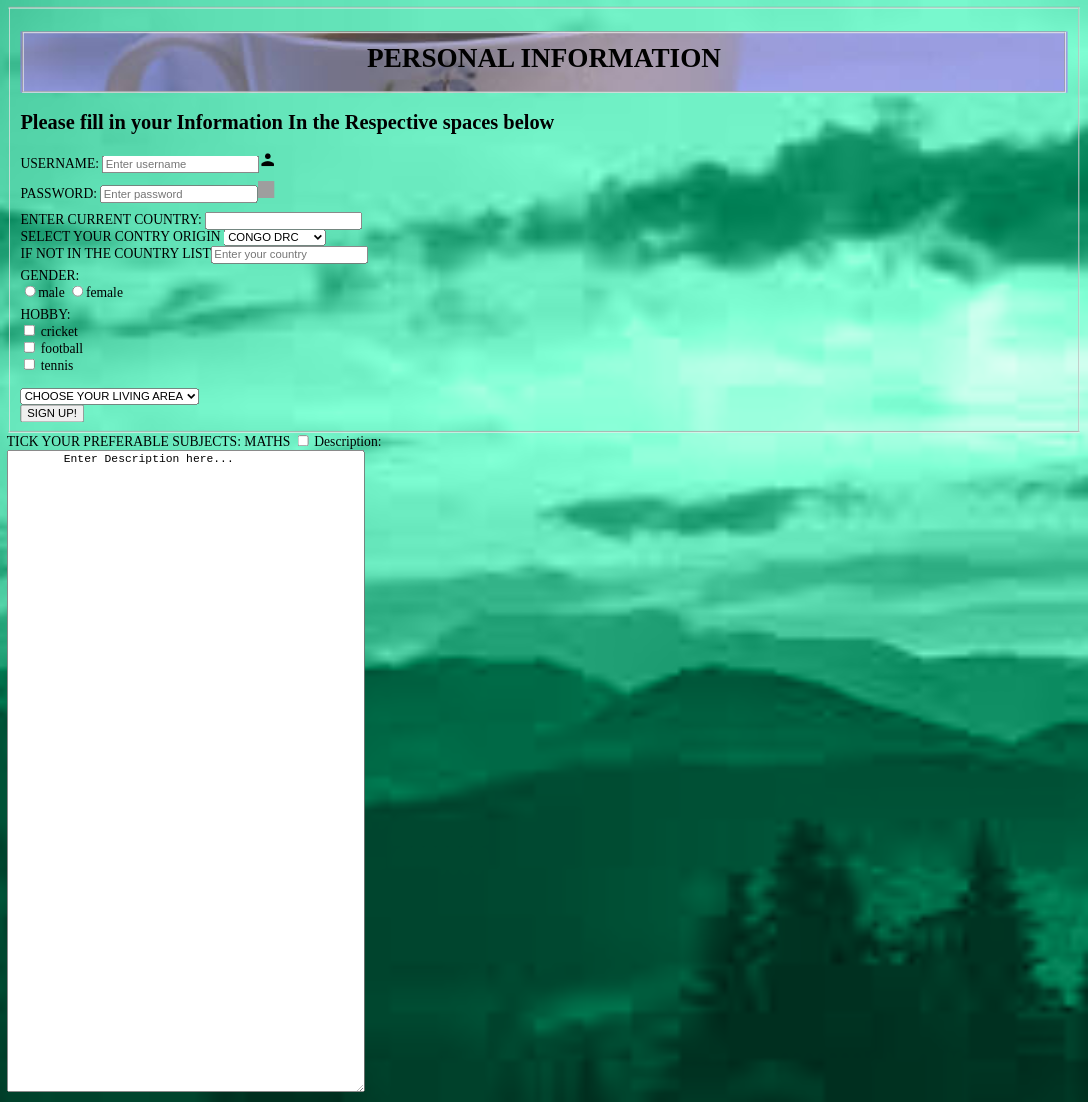
Repository: mirambialex/myform
Page: website/INDEX.HTML
An editor plug-in stored every save of this project. The page is shown before and after a run of saves, followed by the edit.
The browser window is 1280 px wide. The pictures show the whole page, at 85% of full size.
Pictures or frames that could not be fetched are drawn as grey boxes.

Above is the page before, as saved 2024-04-17 11:26:50.

### website/INDEX.HTML
<!DOCTYPE html>
<html lang="en">
<head>

    <title>WEBPAGE DESIGN</title>
    <LINK REL="STYLESHEET" HREF="STYLE.CSS">
</head>
<body>
   <FOrm> <FIEldset>
            <DIV class="AI">
                <h1><FIEldset>PERSONAL INFORMATION </FIEldset></h1>
</DIV>
<DIV CLASS="BI"> <H2>
    Please fill in your Information In the Respective spaces below
</H2>
</DIV>
<div class="gb">
 <DIV class="MAIN">USERNAME: <INPUT TYPE="TEXT" placeholder="Enter username"><img width="20" height="20" src="user.jpg"<br/>

 </DIV>
 <DIV class="A"> PASSWORD: <INPUT TYPE="PASSWORD" placeholder="Enter password"><img width="20" height="20" src="https://img.icons8.com/ios-filled/50/lock.png" alt="lock"/> <br/></DIV>
    <DIV class="AB">
        ENTER CURRENT COUNTRY: <INPUT type="text"></INPUT>
    </DIV>
    <DIV CLASS="B">
        SELECT YOUR CONTRY ORIGIN <SELect>
            <OPTIon>CONGO DRC</OPTIon>
            <OPTIon>KENYA</OPTIon>
            <OPTIon>SUDAN</OPTIon>
            <OPTIon>SOUTH SUDAN</OPTIon>
            <OPTIon>RWANDA</OPTIon>
            <OPTIon>BURUNDI</OPTIon>
            <OPTIon>UGANDA</OPTIon>
            <OPTIon>TANZANIA</OPTIon>
            <OPTIon>SOMALIA</OPTIon>

        </SELect> <br/>
    </DIV>
    <div class="wcb">
    IF NOT IN THE COUNTRY LIST<INPUt type="TEXT" placeholder="Enter your country"</INPUt>
    </div>
<div class="d">
<LAbe for="GENDER">GENDER: </LAbel><BR/>
<INPUT type="radio" ID="GENDER" name="GENDER" VALUE="male"/>male
<INPUT type="radio" ID="GENDER" name="GENDER" VALUE="female"/>female <br/>
</div>
<div class="e">
HOBBY:<br>
<input type="checkbox" id="cricket" name="cricket" value="cricket"/>
<label for="cricket">cricket</label> <br>
<input type="checkbox" id="football" name="football" value="football"/>
<label for="football">football</label> <br>
<input type="checkbox" id="tennis" name="tennis" value="tennis"/>
<label for="tennis">tennis</label> <br>
<br/> </div>
<div class="address">
    <select name="address">
        <option value="one">CHOOSE YOUR LIVING AREA</option>
        <option>kakuma town</option>
        <option>kakuma 1</option>
        <option>kakuma 2</option>
        <option>kakuma 3</option>
        <option>kakuma 4</option>
        <option>kalobeyeyi</option>
    </select>
</div>
<DIV class="C"><BUTTon>SIGN UP!</BUTTon></DIV>
</FIEldset>
</div>
</div>
</DIV>
</FORM>
<FORM>
    TICK YOUR PREFERABLE SUBJECTS:
    MATHS <input TYPE="checkbox" NAME="MATHS" VALUE="ON">
    Description: <br/>
    <textarea name="Description" cols="50" rows="50">
        Enter Description here...
    </textarea>
</FORM>
 </body>
</html>

### website/STYLE.CSS
BODY{
    background-image: url(IMAGE.JPG);
    background-color: aquamarine;
    background-position: center;
    background-size: cover;
    background-repeat: no-repeat;
    background-blend-mode: luminosity;
}
H1{
    text-align: center;
}
.O{
    background-color: aliceblue;
    background-image: url(ALEX.PNG.JPG);
}
.MAIN{
    margin-bottom: 0.8%;
    background-color:
}
.A{
    margin-bottom: 0.8%;
}
.c{
    margin-bottom: 1.5%;
    color: blueviolet;
    text-decoration: aqua;
}
.d{
    margin-top: 0.4%;

}
.e{
    margin-top: 0.6%;
}
.AI{
    background-image: url(ALEX.JPG);
    background-repeat: no-repeat;
    background-position: center;
    background-size: cover;
}
.gb{
    display: block;

}
: :-ms-input-placeholder{
    color:red;
}
.address{

}

After the next 3 saves:
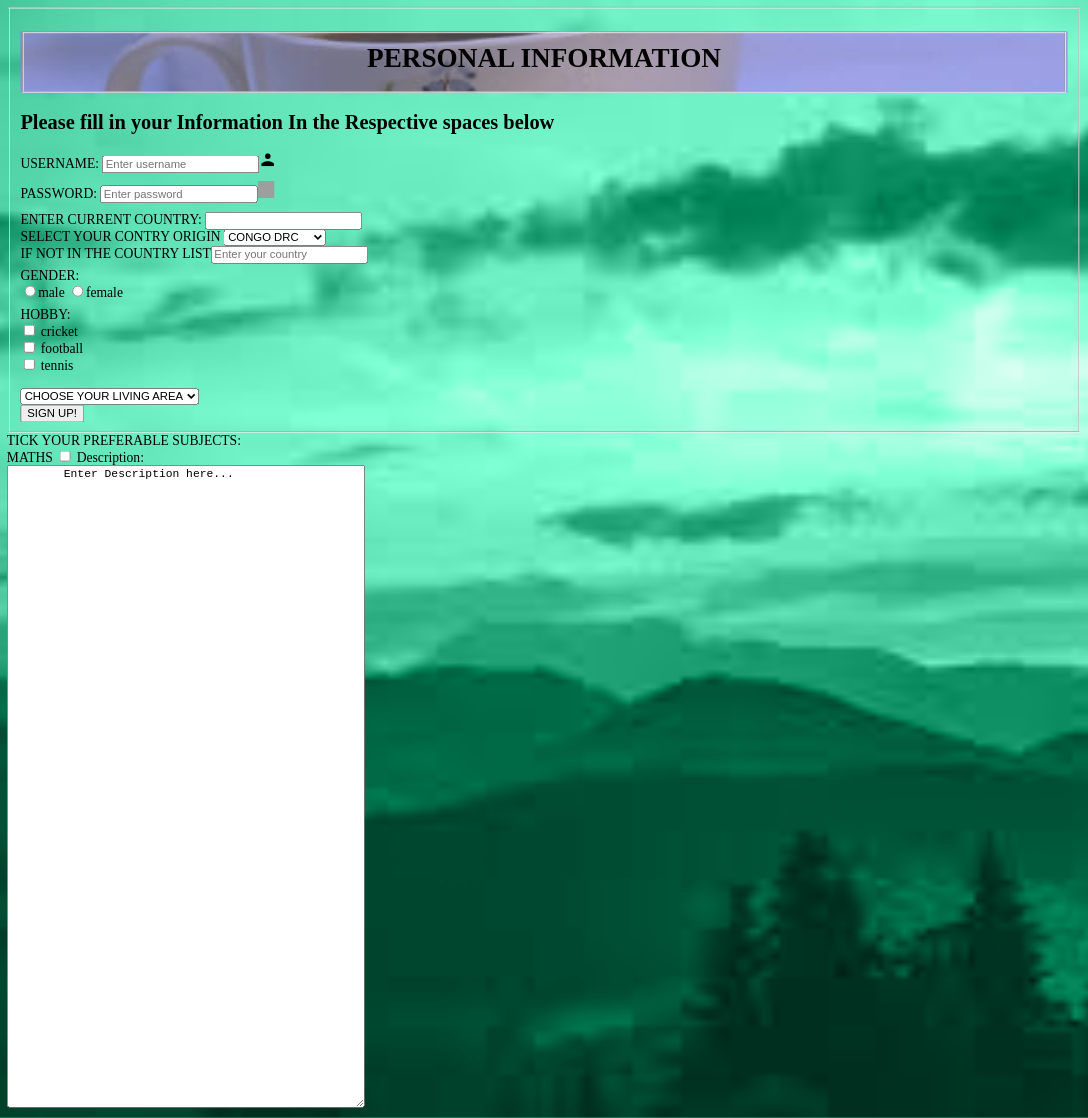
The 3 saves are shown as one change because they came seconds apart.
The last was saved 42 s later.
--- a/website/INDEX.HTML
+++ b/website/INDEX.HTML
@@ -71,7 +71,7 @@ HOBBY:<br>
 </DIV>
 </FORM>
 <FORM>
-    TICK YOUR PREFERABLE SUBJECTS:
+    TICK YOUR PREFERABLE SUBJECTS: <BR/>
     MATHS <input TYPE="checkbox" NAME="MATHS" VALUE="ON">
     Description: <br/>
     <textarea name="Description" cols="50" rows="50">
